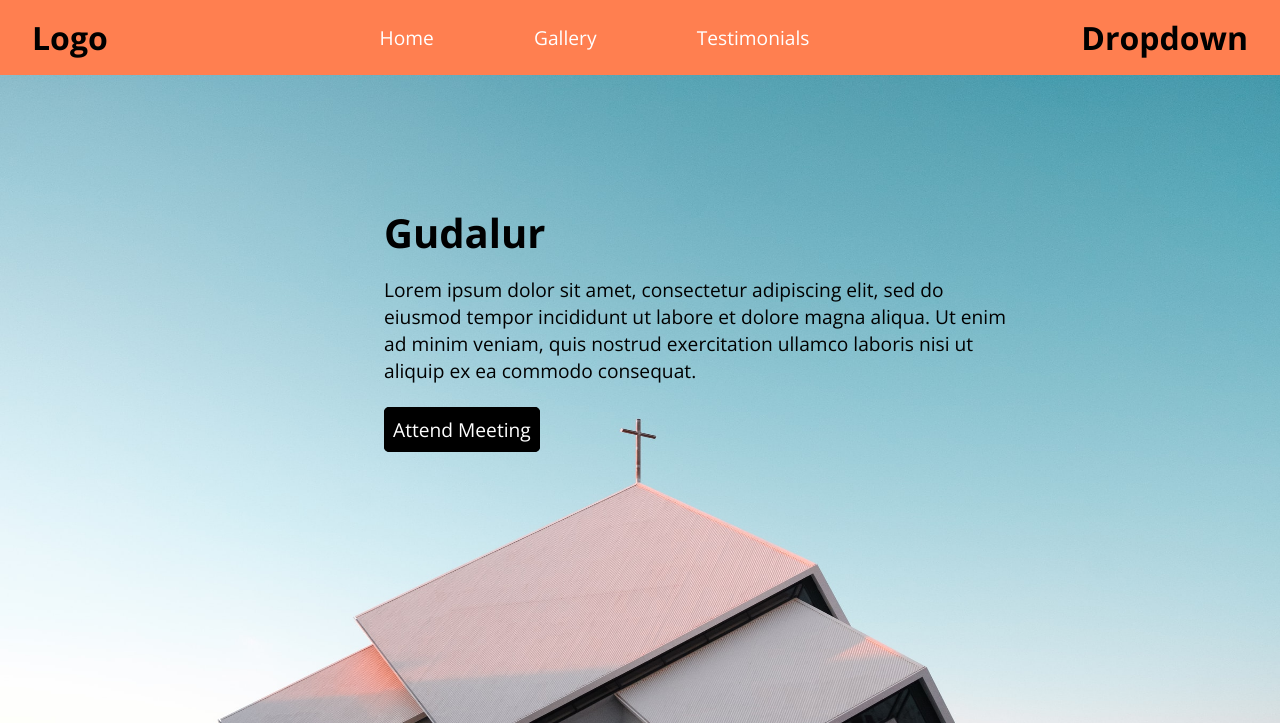
Repository: Imprasna/church
Page: index.html
These files come from the project's save history. The page is drawn as it stood at one moment and after a run of saves; the edit follows.
The browser window is 1280 px wide. The pictures show the whole page.
The pointer rests on the first visible `.cta`.

Above is the page before, as saved 2022-01-18 22:59:57.

After the next 9 saves:
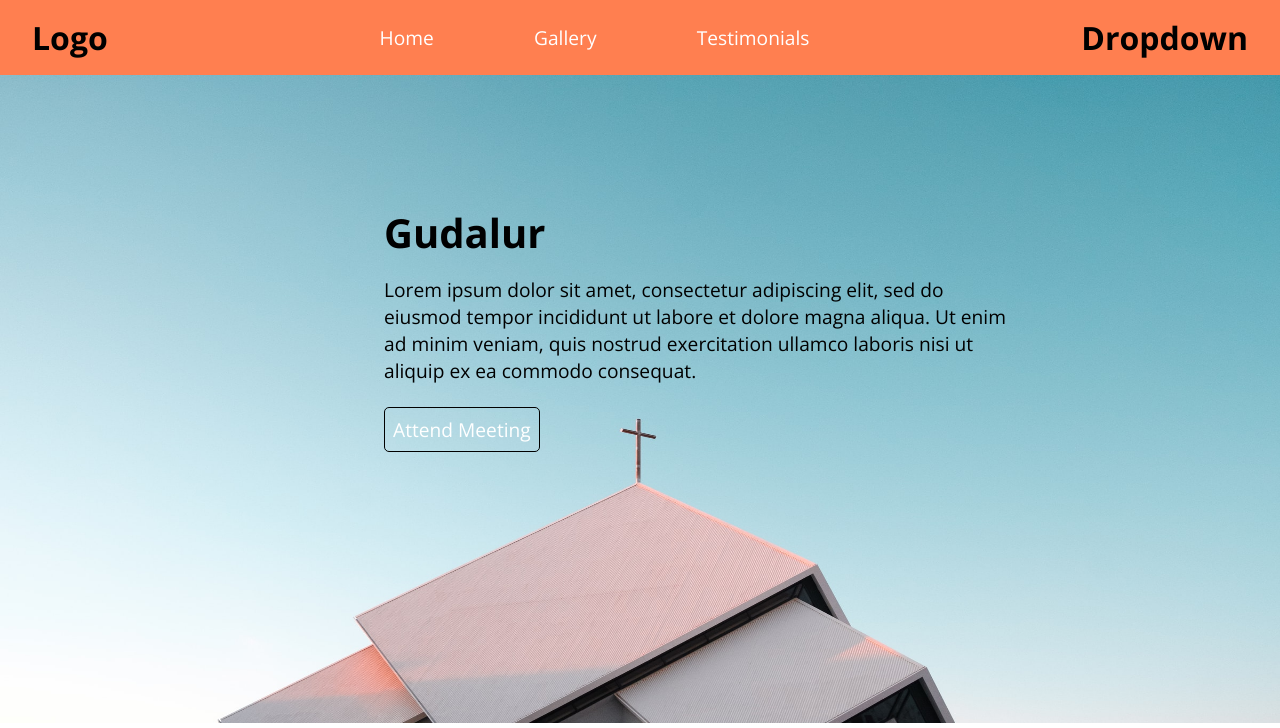
The 9 saves are shown as one change because they came seconds apart.
The last was saved 26 s later.
--- a/style.css
+++ b/style.css
@@ -78,5 +78,6 @@ nav > a {
 }
 
 .cta:hover {
-    background: var();
+    background: transparent;
+    border: 1px solid var(--secondary-color);
 }
